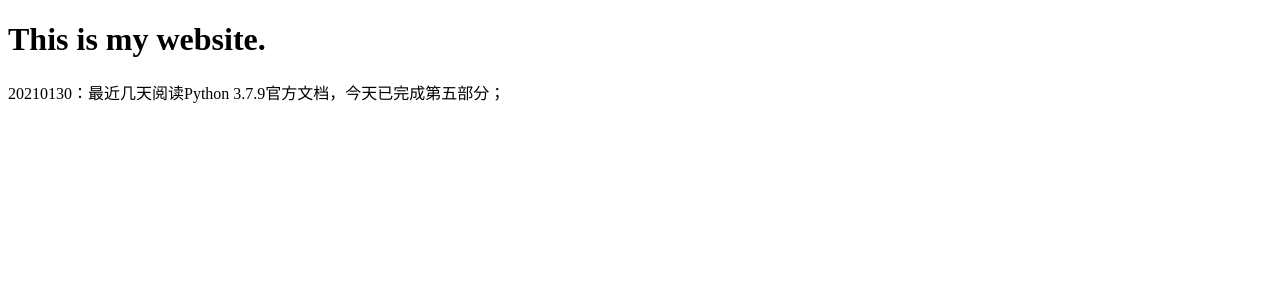
Repository: wangjitao1024/wangjitao1024.github.io
Page: index.html
The author's editor kept a copy of each file at every save. The page is drawn from the files as they stood at one save, then again after the next save.
The browser window is 1280 px wide. The pictures show the whole page.

Above is the page before, as saved 2021-01-30 18:49:25.

### index.html
<!DOCTYPE html>
<html lang = 'en'>
<head>
    <meta charset="UTF-8">
    <title>在github上搭建博客</title>
</head>

<body>
    <h1>This is my website. </h1>
    <p></p>20210130：最近几天阅读Python 3.7.9官方文档，今天已完成第五部分；
</body>
</html>

After the next save:
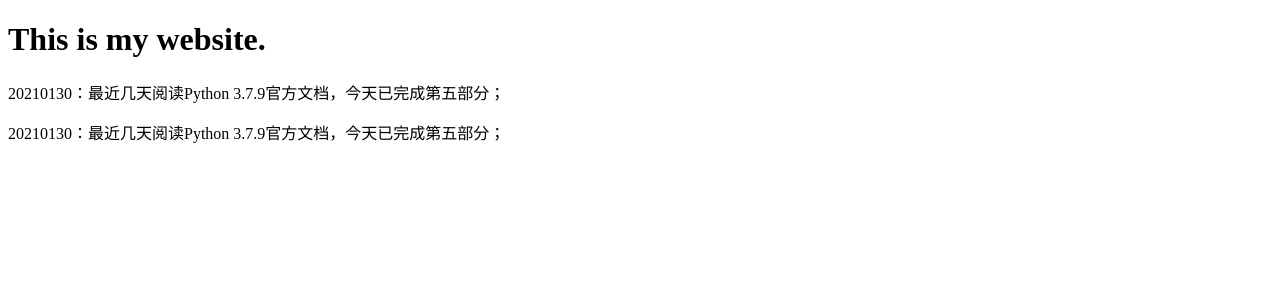
Saved 5 s later.
--- a/index.html
+++ b/index.html
@@ -7,6 +7,6 @@
 
 <body>
     <h1>This is my website. </h1>
-    <p></p>20210130：最近几天阅读Python 3.7.9官方文档，今天已完成第五部分；
+    <p>20210130：最近几天阅读Python 3.7.9官方文档，今天已完成第五部分；</p>20210130：最近几天阅读Python 3.7.9官方文档，今天已完成第五部分；
 </body>
 </html>
